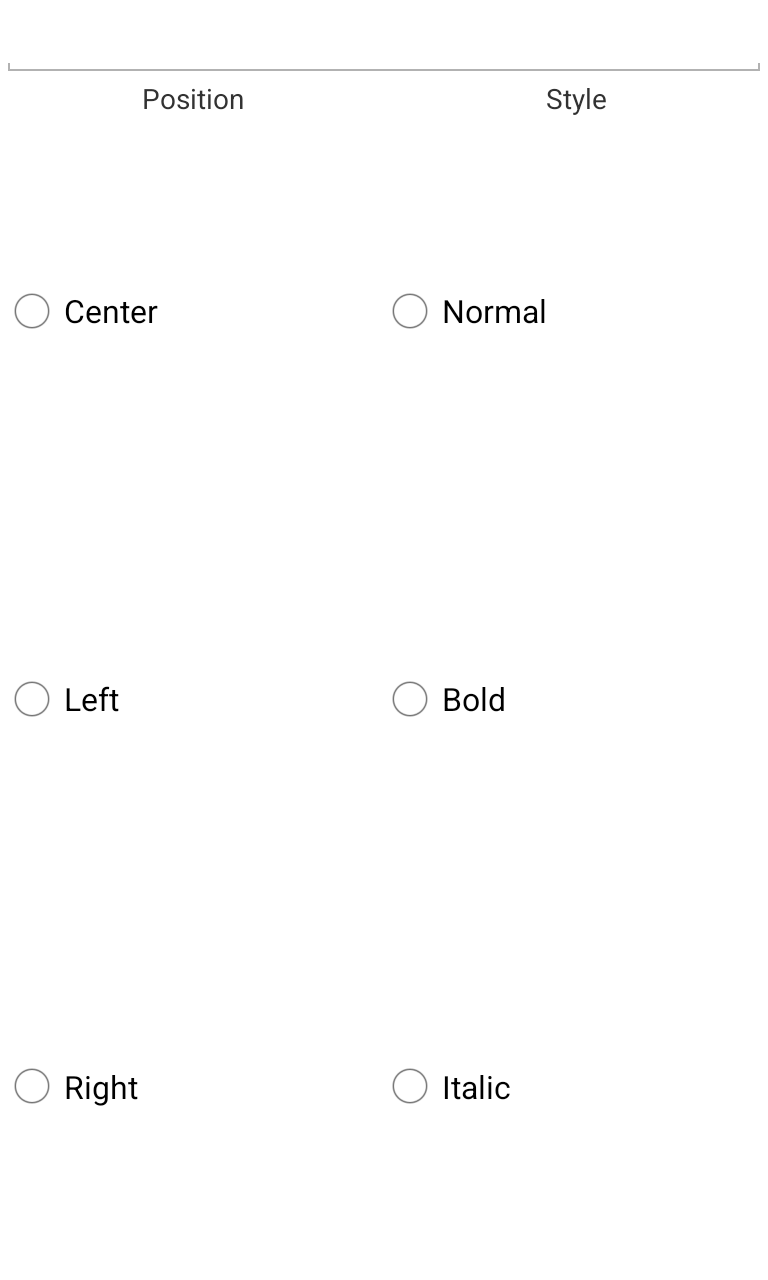
Repository: IgnacioRV/AndroidDev
Layout: ProjectYasuo/res/layout/adv_screen.xml
The author's editor kept a copy of each file at every save. The layout is drawn from the files as they stood at one save, then again after the next save.
It is drawn on a 768 x 1280 px phone screen (xhdpi) without system bars, with theme AppTheme; the app's code is not run.

Above is the layout before, as saved 2016-01-26 23:57:22.

### ProjectYasuo/res/layout/adv_screen.xml
<?xml version="1.0" encoding="utf-8"?>
<LinearLayout xmlns:android="http://schemas.android.com/apk/res/android"
    android:layout_width="match_parent"
    android:layout_height="match_parent"
    android:layout_marginTop="20dp"
    android:orientation="vertical" >

    <EditText
        android:id="@+id/editText1"
        android:layout_width="match_parent"
        android:layout_height="wrap_content"
        android:text=" " />

    <LinearLayout
        android:layout_width="match_parent"
        android:layout_height="wrap_content"
        android:orientation="horizontal"
        android:weightSum="2" >

        <TextView
            android:id="@+id/textView2"
            android:layout_width="fill_parent"
            android:layout_height="wrap_content"
            android:layout_weight="1"
            android:gravity="center"
            android:text="Position" />

        <TextView
            android:id="@+id/textView1"
            android:layout_width="fill_parent"
            android:layout_height="wrap_content"
            android:layout_weight="1"
            android:gravity="center"
            android:text="Style" />
    </LinearLayout>

    <LinearLayout
        android:layout_width="match_parent"
        android:layout_height="fill_parent"
        android:orientation="horizontal"
        android:weightSum="2" >

        <RadioGroup
            android:layout_width="wrap_content"
            android:layout_height="fill_parent"
            android:layout_weight="1"
            android:orientation="vertical"
            android:id="@+id/rg">

            <RadioButton
                android:id="@+id/rbCenter"
                android:layout_width="wrap_content"
                android:layout_height="fill_parent"
                android:layout_weight="1"
                android:text="Center" />

            <RadioButton
                android:id="@+id/rbLeft"
                android:layout_width="wrap_content"
                android:layout_height="fill_parent"
                android:layout_weight="1"
                android:text="Left" />

            <RadioButton
                android:id="@+id/rbRight"
                android:layout_width="wrap_content"
                android:layout_height="fill_parent"
                android:layout_weight="1"
                android:text="Right" />
        </RadioGroup>

        <RadioGroup
            android:layout_width="wrap_content"
            android:layout_height="fill_parent"
            android:layout_weight="1"
            android:orientation="vertical"
            android:id="@+id/rs" >

            <RadioButton
                android:id="@+id/rbNormal"
                android:layout_width="wrap_content"
                android:layout_height="fill_parent"
                android:layout_weight="1"
                android:text="Normal" />

            <RadioButton
                android:id="@+id/rbBold"
                android:layout_width="wrap_content"
                android:layout_height="fill_parent"
                android:layout_weight="1"
                android:text="Bold" />

            <RadioButton
                android:id="@+id/rbItalic"
                android:layout_width="wrap_content"
                android:layout_height="fill_parent"
                android:layout_weight="1"
                android:text="Italic" />
        </RadioGroup>
    </LinearLayout>

    <TextView
        android:id="@+id/tvChange"
        android:layout_width="fill_parent"
        android:layout_height="wrap_content"
        android:layout_weight="1"
        android:text="TextView" />

</LinearLayout>

Loaded but not shown: ProjectYasuo/res/values/styles.xml (common file); ProjectYasuo/res/values-v11/styles.xml (common file); ProjectYasuo/res/values-v14/styles.xml (common file)

After the next save:
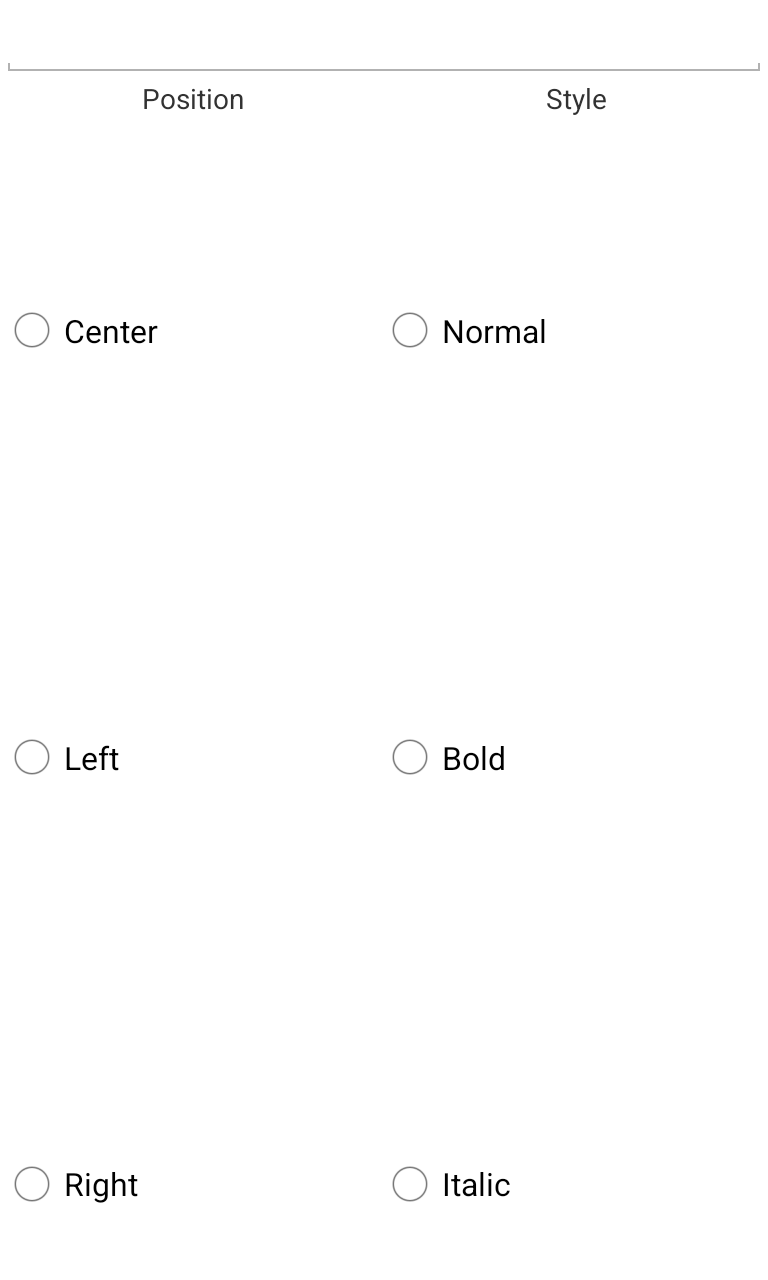
Saved 54 s later.
--- a/ProjectYasuo/res/layout/adv_screen.xml
+++ b/ProjectYasuo/res/layout/adv_screen.xml
@@ -33,7 +33,12 @@
             android:gravity="center"
             android:text="Style" />
     </LinearLayout>
-
+     <TextView
+        android:id="@+id/tvChange"
+        android:layout_width="fill_parent"
+        android:layout_height="wrap_content"
+        android:layout_weight="1"
+        android:text="TextView" />
     <LinearLayout
         android:layout_width="match_parent"
         android:layout_height="fill_parent"
@@ -99,11 +104,6 @@
         </RadioGroup>
     </LinearLayout>
 
-    <TextView
-        android:id="@+id/tvChange"
-        android:layout_width="fill_parent"
-        android:layout_height="wrap_content"
-        android:layout_weight="1"
-        android:text="TextView" />
+
 
 </LinearLayout>
